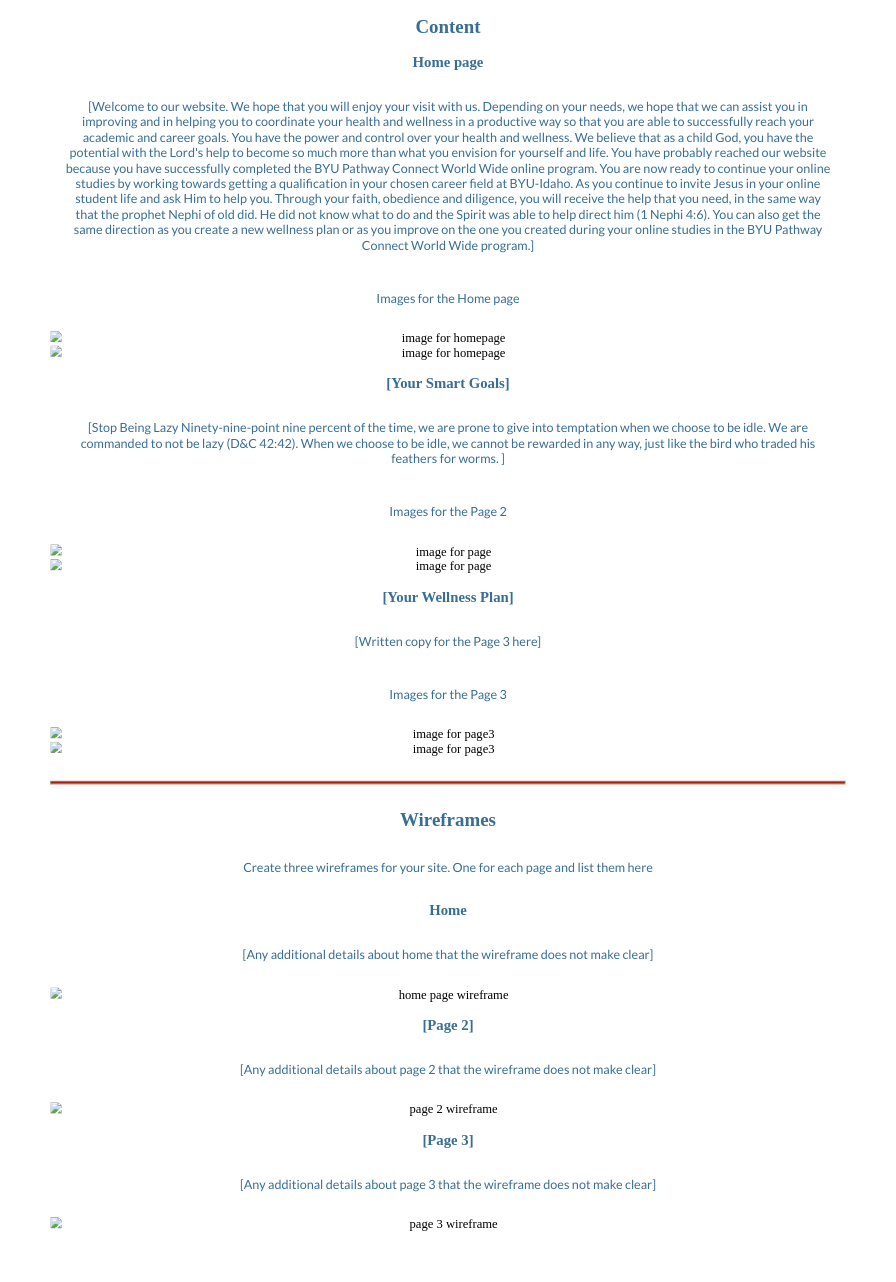
Repository: mszakutumela/wdd130
Page: wellness_plan/site-plan.html
An editor plug-in stored every save of this project. The page is shown before and after a run of saves, followed by the edit.
The browser window is 1280 px wide. The pictures show the part of the page from y = 2671 to 4591 px (the page is 4503 px tall before and 4591 px after), at 70% of full size.
Some web fonts or font styles are not loaded; a fallback is used.

Above is the page before, as saved 2023-07-14 22:37:02.

After the next 7 saves:
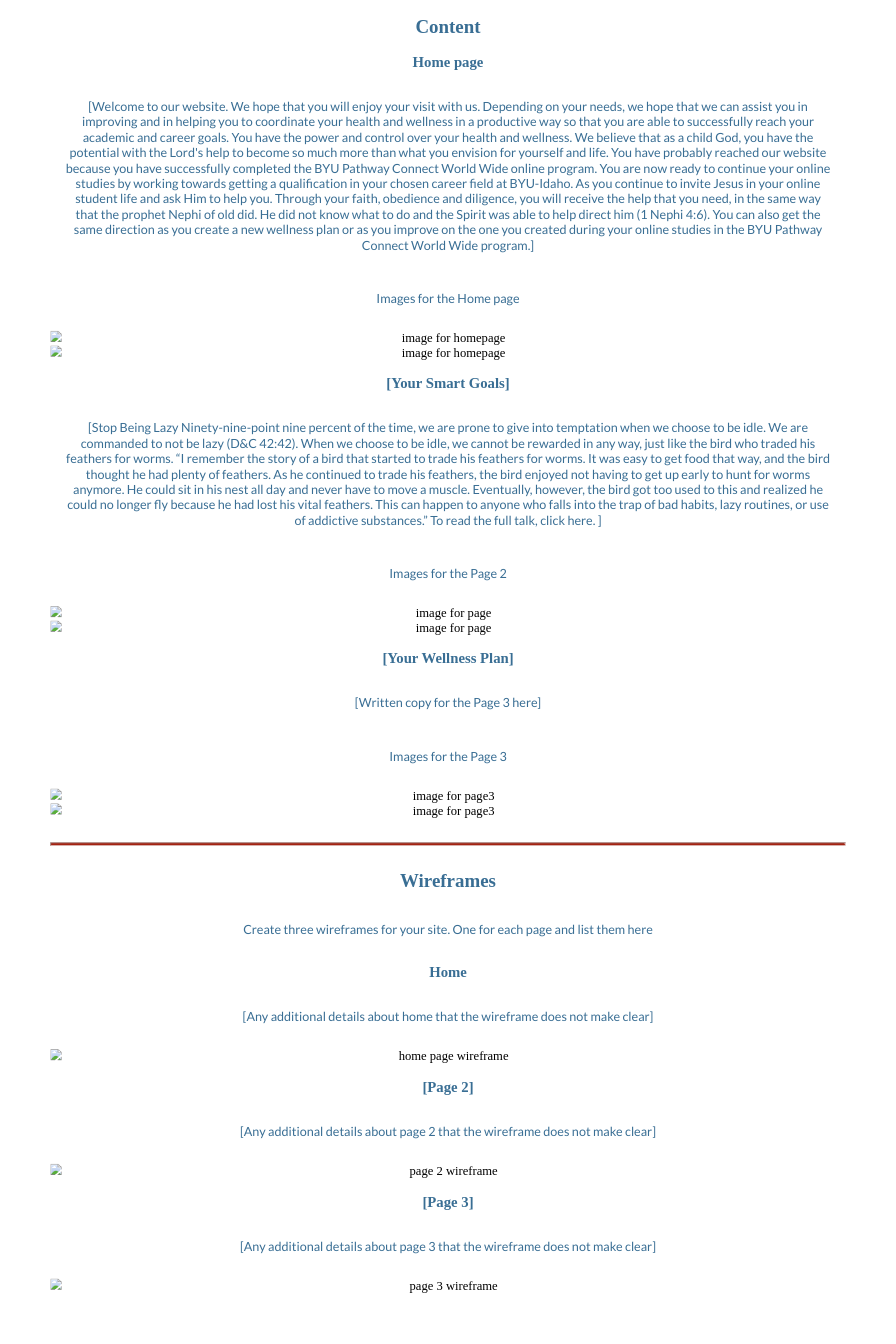
The 7 saves are shown as one change because they came seconds apart.
The last was saved 29 s later.
--- a/wellness_plan/site-plan.html
+++ b/wellness_plan/site-plan.html
@@ -156,6 +156,15 @@
         Ninety-nine-point nine percent of the time, we are prone to give into temptation when we choose
         to be idle. We are commanded to not be lazy (D&C 42:42). When we choose to be idle, we cannot be
         rewarded in any way, just like the bird who traded his feathers for worms.
+        “I remember the story of a bird that started to trade his feathers for worms. It was easy to get
+        food that way, and the bird thought he had plenty of feathers. As he continued to trade his feathers,
+        the bird enjoyed not having to get up early to hunt for worms anymore. He could sit in his nest all day
+        and never have to move a muscle. Eventually, however, the bird got too used to this and realized he could
+        no longer fly because he had lost his vital feathers. This can happen to anyone who falls into the trap of
+        bad habits, lazy routines, or use of addictive substances.”
+
+To read the full talk, click here.
+
 
         ]
       </p>
